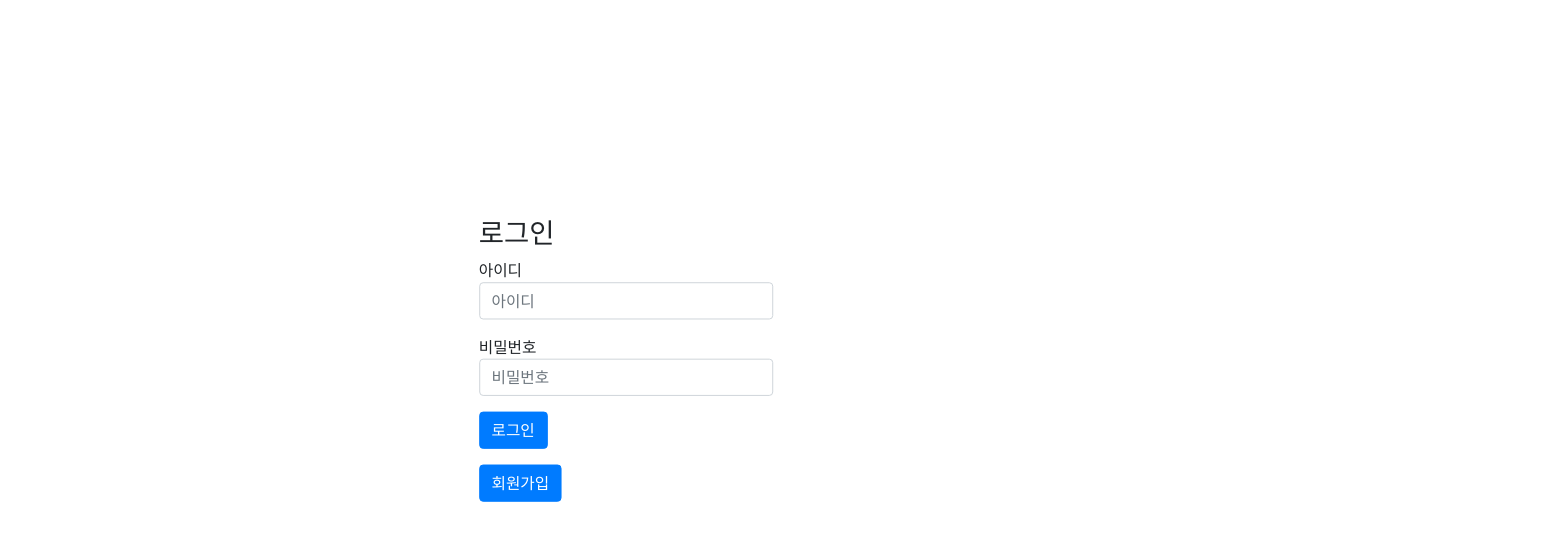
Repository: Seongjoo-Shin/webServer
Page: http://localhost/project/project/login.jsp
An editor plug-in stored every save of this project. The page is shown before and after the next save, followed by the edit.
The browser window is 1280 px wide. The page is 1584 px wide, so the pictures cover 1584 px, including what lies to the right of the window. The pictures show the whole page, at 98% of full size.
The page is served by Tomcat 9. Other server files are loaded and not shown.

Above is the page before, as saved 2021-06-14 05:22:11.

### 20165514_신성주_웹서버구축_프로젝트_소스코드/project/WebContent/project/login.jsp
<%@ page language="java" contentType="text/html; charset=utf-8"
    pageEncoding="utf-8"%>
<!DOCTYPE html>
<html>
<head>
<meta charset="utf-8">
<title>로그인</title>
<link rel="stylesheet" href="https://stackpath.bootstrapcdn.com/bootstrap/4.3.1/css/bootstrap.min.css" integrity="sha384-ggOyR0iXCbMQv3Xipma34MD+dH/1fQ784/j6cY/iJTQUOhcWr7x9JvoRxT2MZw1T" crossorigin="anonymous">
</head>
<body>
	<div class="container">
		<div class="col-lg" style="margin:20% auto auto 35%; border=solid 1;">
		<h3>로그인</h3>
		<form method="post" action="login_process.jsp">
			<p>아이디<input type="text" name="user_id" class="form-control" placeholder="아이디" style="width:300px;"></p>
			<p>비밀번호<input type="password" name="user_pwd" class="form-control" placeholder="비밀번호" style="width:300px;"></p>
			<p><input type="submit" class="btn btn-primary" value="로그인"></p>
			<p><a href="register.jsp" class="btn btn-primary">회원가입</a>
		</form>
		</div>
	</div>
</body>
</html>

After the next save:
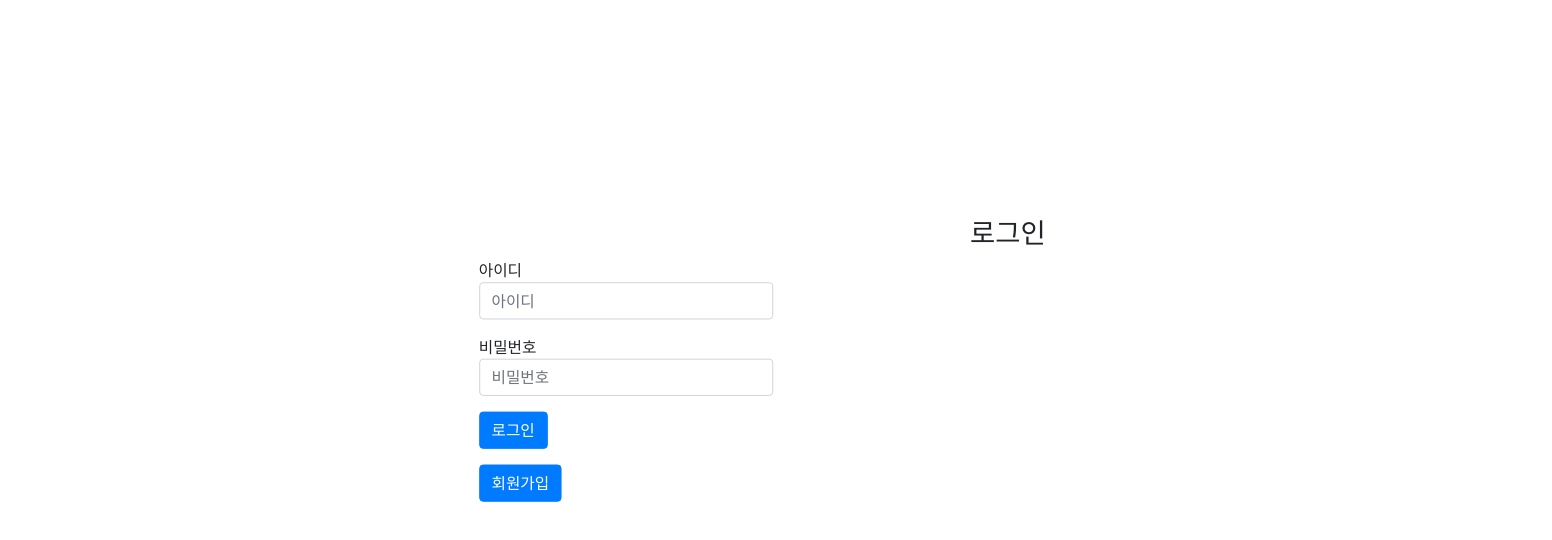
Saved 18 s later.
--- a/20165514_신성주_웹서버구축_프로젝트_소스코드/project/WebContent/project/login.jsp
+++ b/20165514_신성주_웹서버구축_프로젝트_소스코드/project/WebContent/project/login.jsp
@@ -10,7 +10,7 @@
 <body>
 	<div class="container">
 		<div class="col-lg" style="margin:20% auto auto 35%; border=solid 1;">
-		<h3>로그인</h3>
+		<h3 class="text-center">로그인</h3>
 		<form method="post" action="login_process.jsp">
 			<p>아이디<input type="text" name="user_id" class="form-control" placeholder="아이디" style="width:300px;"></p>
 			<p>비밀번호<input type="password" name="user_pwd" class="form-control" placeholder="비밀번호" style="width:300px;"></p>

After the save that followed:
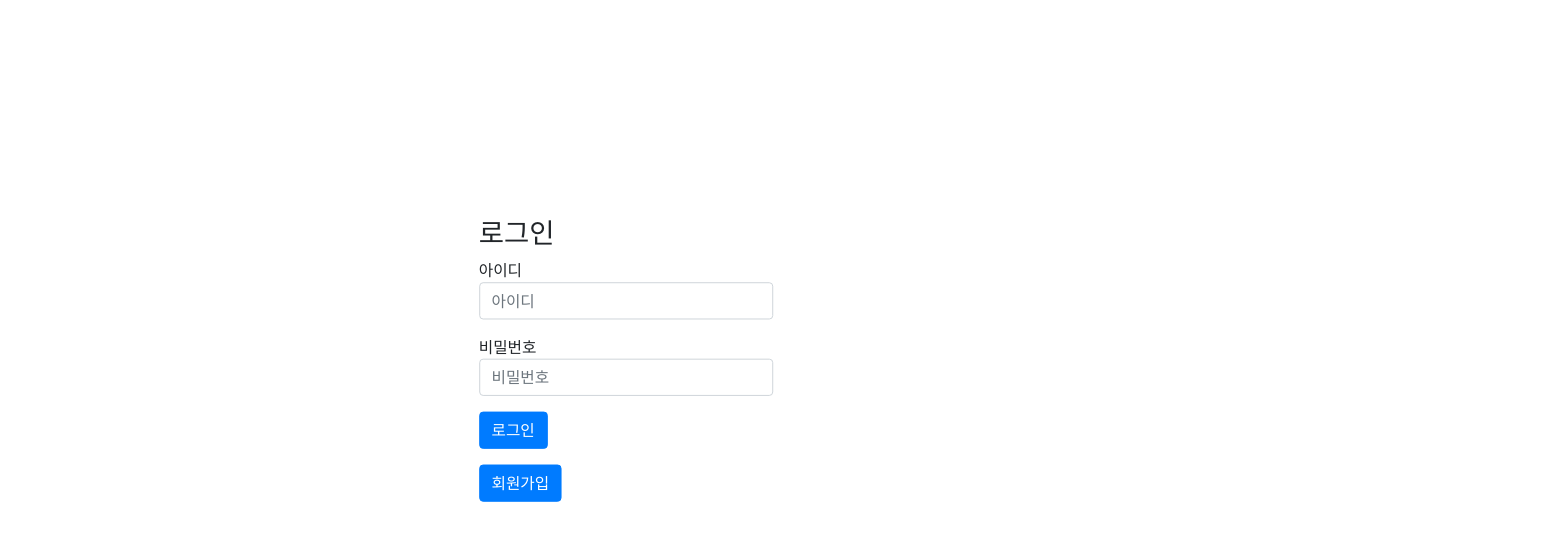
Saved 7 s later.
--- a/20165514_신성주_웹서버구축_프로젝트_소스코드/project/WebContent/project/login.jsp
+++ b/20165514_신성주_웹서버구축_프로젝트_소스코드/project/WebContent/project/login.jsp
@@ -10,7 +10,7 @@
 <body>
 	<div class="container">
 		<div class="col-lg" style="margin:20% auto auto 35%; border=solid 1;">
-		<h3 class="text-center">로그인</h3>
+		<h3>로그인</h3>
 		<form method="post" action="login_process.jsp">
 			<p>아이디<input type="text" name="user_id" class="form-control" placeholder="아이디" style="width:300px;"></p>
 			<p>비밀번호<input type="password" name="user_pwd" class="form-control" placeholder="비밀번호" style="width:300px;"></p>
